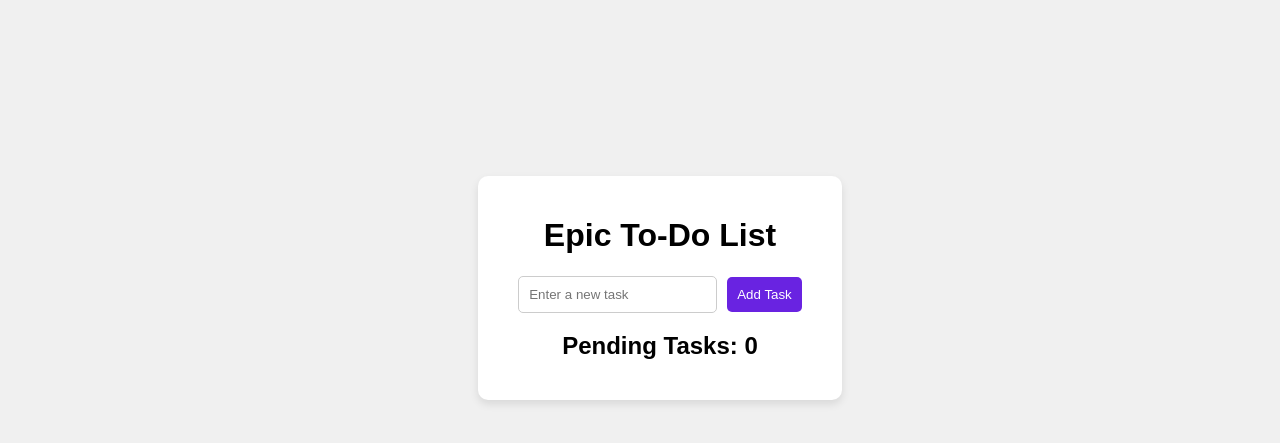
Repository: jgache/COMP-3170-0-Lab4
Page: /
The author's editor kept a copy of each file at every save. The page is drawn from the files as they stood at one save, then again after the next save.
The browser window is 1280 px wide. The pictures show the whole page.
The project was rebuilt for these pictures with package versions that can differ from the ones it lists, and the page was loaded fresh each time. Also part of the build but not shown: vite.config.js, src/components/Task.jsx.

Above is the page before, as saved 2024-10-22 16:02:18.

### index.html
<!doctype html>
<html lang="en">
  <head>
    <meta charset="UTF-8" />
    <link rel="icon" type="image/svg+xml" href="/vite.svg" />
    <meta name="viewport" content="width=device-width, initial-scale=1.0" />
    <title>Epic To-Do List</title>
  </head>
  <body>
    <div id="root"></div>
    <script type="module" src="/src/main.jsx"></script>
  </body>
</html>

### src/App.jsx
import { useState } from 'react';
import TaskForm from './components/TaskForm.jsx';
import TaskList from './components/TaskList.jsx';
import './index.css';

function App() {
    const [tasks, setTasks] = useState([]);

    const addTask = (description) => {
        const newTask = { id: Date.now(), description, completed: false };
        setTasks((prevTasks) => [...prevTasks, newTask]);
    };

    const toggleComplete = (taskId) => {
        setTasks((prevTasks) =>
            prevTasks.map((task) =>
                task.id === taskId ? { ...task, completed: !task.completed } : task
            )
        );
    };

    const deleteTask = (taskId) => {
        setTasks((prevTasks) => prevTasks.filter((task) => task.id !== taskId));
    };

    const pendingTasks = tasks.filter((task) => !task.completed).length;

    return (

        <>
        <div className="app-container">
        <h1>Epic To-Do List</h1>

            <TaskForm addTask={addTask} />
            <h2>
                {pendingTasks === 1
                    ? `Pending Task: ${pendingTasks}`
                    : `Pending Tasks: ${pendingTasks}`}
            </h2>
            <TaskList tasks={tasks} toggleComplete={toggleComplete} deleteTask={deleteTask} />
        </div>
        </>

    );
}

export default App;

### src/index.css



body {
    margin: 0;
    height: 80vh;
    display: flex;
    justify-content: center;
    align-items: center;
    font-family: Arial, sans-serif;
    background-color: #f0f0f0;
}

.app-container {
    text-align: center;
    padding: 20px;
    background-color: white;
    border-radius: 10px;
    box-shadow: 0 4px 8px rgba(0, 0, 0, 0.1);
    max-width: 400px;
    width: 100%;
}

form input {
    padding: 10px;
    margin-right: 10px;
    border: 1px solid #ccc;
    border-radius: 5px;
}

form button {
    padding: 10px;
    border: none;
    background-color: #6923e1;
    color: white;
    border-radius: 5px;
    cursor: pointer;
}

form button:hover {
    background-color: #8600b3;
}

.task {
    margin: 10px 0;
    padding: 10px;
    background-color: #f9f9f9;
    border-radius: 5px;
    display: flex;
    justify-content: space-between;
    align-items: center;
    box-shadow: 0 2px 4px rgba(0, 0, 0, 0.1);
}

.task input {
    margin-right: 10px;
}

.task button {
    text-decoration: none;
    padding: 5px 10px;
    border: none;
    background-color: red;
    color: white;
    border-radius: 5px;
    cursor: pointer;
}

.task button:hover {
    background-color: darkred;
}

### src/components/TaskForm.jsx
import { useState } from 'react';


function TaskForm({ addTask }) {
    const [taskDescription, setTaskDescription] = useState('');

    const handleSubmit = (e) => {
        e.preventDefault();
        if (taskDescription.trim() === '') return;
        addTask(taskDescription);
        setTaskDescription('');
    };

    return (
        <form onSubmit={handleSubmit}>
            <input
                type="text"
                value={taskDescription}
                onChange={(e) => setTaskDescription(e.target.value)}
                placeholder="Enter a new task"
            />
            <button type="submit">Add Task</button>
        </form>
    );
}

export default TaskForm;

### src/components/TaskList.jsx
import Task from "./Task";

function TaskList({ tasks, toggleComplete, deleteTask }) {
    return (
        <div className="task-list">
            {tasks.map((task) => (
                <Task
                    key={task.id}
                    task={task}
                    toggleComplete={toggleComplete}
                    deleteTask={deleteTask}
                />
            ))}
        </div>
    );
}

export default TaskList;

Loaded but not shown: src/main.jsx (common file)

After the next save:
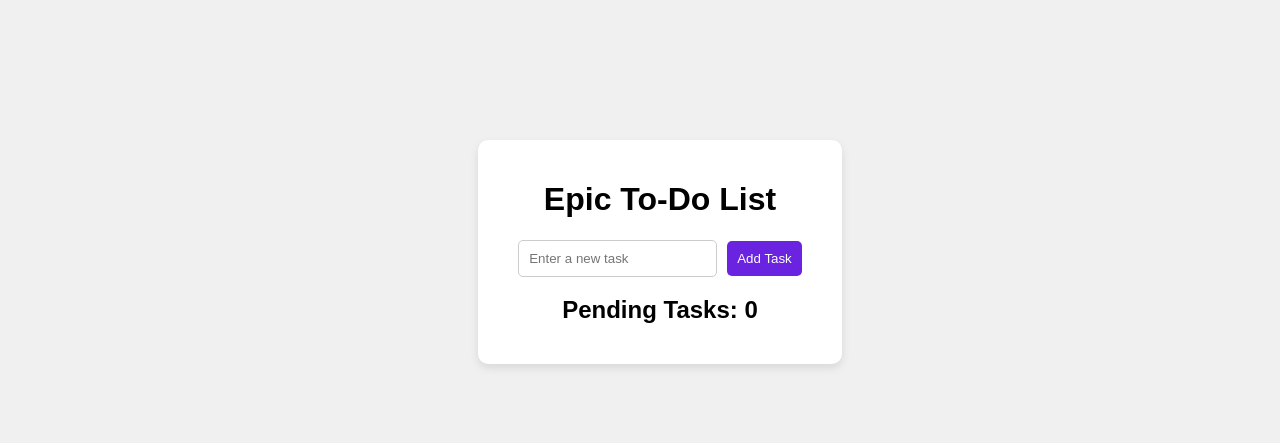
Saved 5 s later.
--- a/src/index.css
+++ b/src/index.css
@@ -3,7 +3,7 @@
 
 body {
     margin: 0;
-    height: 80vh;
+    height: 70vh;
     display: flex;
     justify-content: center;
     align-items: center;
